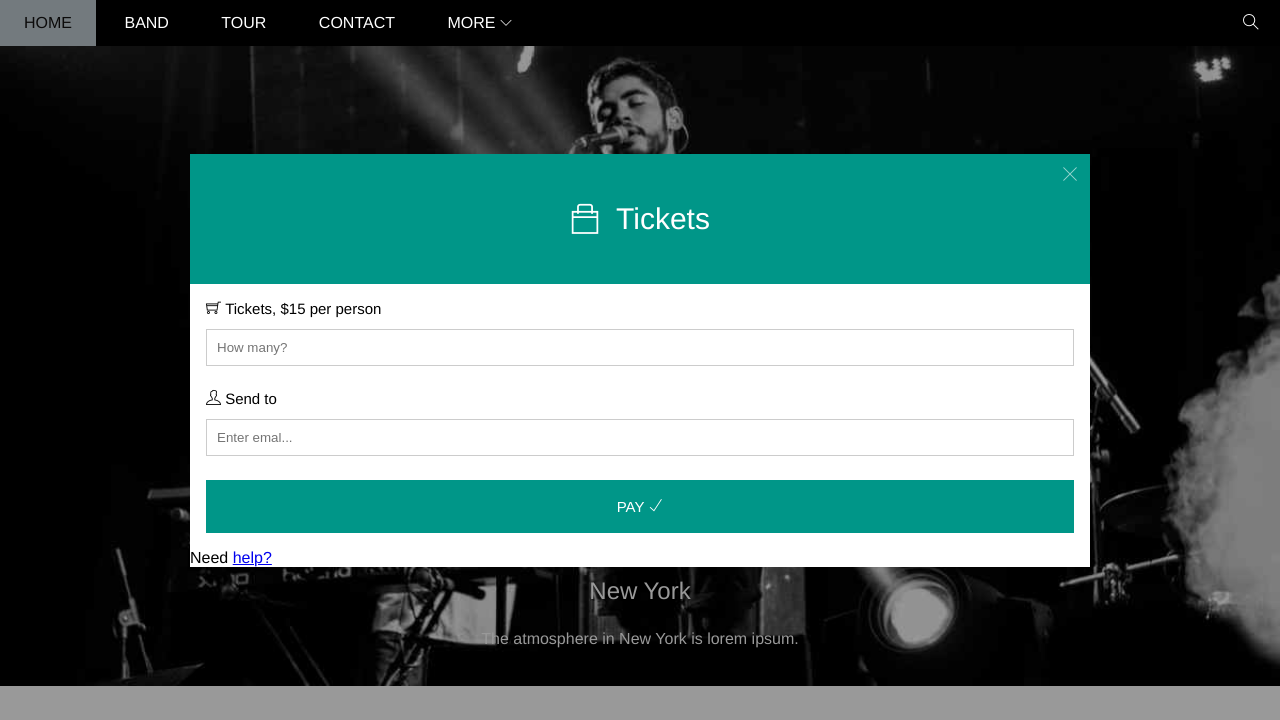
Repository: anhviet-key/hello-cac-ban
Page: HTMS_CSS ZERO 0/index.html
The author's editor kept a copy of each file at every save. The page is drawn from the files as they stood at one save, then again after a run of saves.
The browser window is 1280 px wide. The pictures show the window.
The pointer rests on the first visible `#buy-tickets`.
A layer covers the whole window, so only the first screen is drawn.

Above is the page before, as saved 2021-10-07 22:36:14.

### HTMS_CSS ZERO 0/index.html
<!DOCTYPE html>
<html lang="en">

<head>
    <meta charset="UTF-8">
    <meta http-equiv="X-UA-Compatible" content="IE=edge">
    <meta name="viewport" content="width=device-width, initial-scale=1.0">
    <title>Document</title>
    <link rel="stylesheet" href="./assets/css/style.css">
    <link rel="stylesheet" href="./assets/icon/themify-icons/themify-icons.css">
</head>

<body>
    <!--TODO: Let`s go-->
    <div id="main">
        <div id="header">
            <ul id="nav">
                <li>
                    <a href="#">Home</a>
                </li>
                <li>
                    <a href="#">Band</a>
                </li>
                <li>
                    <a href="#">Tour</a>
                </li>
                <li>
                    <a href="#">Contact</a>
                </li>
                <li>
                    <a href="#">
                        More
                        <i class="nav-down ti-angle-down"></i>
                    </a>
                    <ul class="subnav">
                        <li>
                            <a href="">Merchandise</a>
                        </li>
                        <li>
                            <a href="">Extras</a>
                        </li>
                        <li>
                            <a href="">Media</a>
                        </li>
                    </ul>
                </li>
            </ul>
            <div class="search-btn">
                <i class="search-icon ti-search"></i>
            </div>
        </div>
        <div id="slider">
            <div class="text-content">
                <h2 class="text-heading">New York</h2>
                <p class="text-decoration">The atmosphere in New York is lorem ipsum.</p>
            </div>
        </div>
        <div id="content">
            <!-- The band -->
            <div class="content-section">
                <h2 class="section-heading">THE BAND</h2>
                <p class="sub-heading">We love music</p>
                <p class="about-text">We have created a fictional band website. Lorem ipsum dolor sit amet, consectetur adipiscing elit, sed do eiusmod tempor incididunt ut labore et dolore magna aliqua. Ut enim ad minim veniam, quis nostrud exercitation ullamco laboris nisi
                    ut aliquip ex ea commodo consequat. Duis aute irure dolor in reprehenderit in voluptate velit esse cillum dolore eu fugiat nulla pariatur. Excepteur sint occaecat cupidatat non proident, sunt in culpa qui officia deserunt mollit anim
                    id est laborum consectetur adipiscing elit, sed do eiusmod tempor incididunt ut labore et dolore magna aliqua. Ut enim ad minim veniam, quis nostrud exercitation ullamco laboris nisi ut aliquip ex ea commodo consequat.</p>
                <div class="member-list">
                    <div class="member-item">
                        <p class="member-name">Name</p>
                        <img src="./assets/img/bandmember.jpg" alt="error" class="member-img">
                    </div>
                    <div class="member-item">
                        <p class="member-name">Name</p>
                        <img src="./assets/img/bandmember.jpg" alt="error" class="member-img">
                    </div>
                    <div class="member-item">
                        <p class="member-name">Name</p>
                        <img src="./assets/img/bandmember.jpg" alt="error" class="member-img">
                    </div>
                    <div class="clear"></div>
                </div>
            </div>
            <!-- Tour -->
            <div class="tour-section">
                <div class="content-section">
                    <h2 class="section-heading">TOUR DATES</h2>
                    <p class="sub-heading">Remember to book your tickets!</p>
                    <!-- Tickit  -->
                    <ul class="ticket-list">
                        <li>September <span class="Sold-out">Sold out</span></li>
                        <li>October <span class="Sold-out">Sold out</span></li>
                        <li>November <span class="quantity">3</span></li>
                    </ul>
                    <!-- Places   -->
                    <div class="place-list">
                        <div class="place-item">
                            <img src="./assets/img/Places/newyork.jpg" alt="newyork" class="place-img">
                            <div class="place-content">
                                <h3 class="place-heading">New York</h3>
                                <p class="place-time">Fri 27 Nov 2016</p>
                                <p class="place-desc">Praesent tincidunt sed tellus ut rutrum sed vitae justo.</p>
                                <a href="#" class="place-buy-btn">Buy Tickets</a>
                            </div>
                        </div>
                        <div class="place-item">
                            <img src="./assets/img/Places/paris.jpg" alt="paris" class="place-img">
                            <div class="place-content">
                                <h3 class="place-heading">Paris</h3>
                                <p class="place-time">Sat 28 Nov 2016</p>
                                <p class="place-desc">Praesent tincidunt sed tellus ut rutrum sed vitae justo.</p>
                                <a href="#" class="place-buy-btn">Buy Tickets</a>
                            </div>
                        </div>
                        <div class="place-item">
                            <img src="./assets/img/Places/sanfran.jpg" alt="sanfran" class="place-img">
                            <div class="place-content">
                                <h3 class="place-heading">San Francisco</h3>
                                <p class="place-time">Sun 29 Nov 2016</p>
                                <p class="place-desc">Praesent tincidunt sed tellus ut rutrum sed vitae justo.</p>
                                <a href="#" class="place-buy-btn">Buy Tickets</a>
                            </div>
                        </div>
                        <div class="clear"></div>
                    </div>

                </div>
            </div>
            <!-- Contact -->
            <div class="content-section">
                <h2 class="section-heading">CONTACT</h2>
                <p class="sub-heading">Fan? Drop a note!</p>
            </div>
        </div>
        <div id="footer">
            <div>

            </div>
        </div>

    </div>
    <div class="model">
        <div class="model-container">
            <div class="model-close">
                <i class="ti-close"></i>
            </div>
            <header class="model-header">
                <i class="ti-bag"></i> Tickets
            </header>
            <div class="model-body">
                <label for="tiket-number" class="model-label">
                    <i class="ti-shopping-cart"></i>
                    Tickets, $15 per person
                </label>
                <input id="tiket-number" class="model-input" placeholder="How many?"></input>

                <label for="tiket-email" class="model-label">
                    <i class="ti-user"></i>
                    Send to
                </label>
                <input id="tiket-email" class="model-input" placeholder="Enter emal..."></input>
                <button id="buy-tickets">
                    Pay
                    <i class="ti-check"></i>
                </button>
            </div>
            <footer class="model-footer">
                <p class="model-help">Need
                    <a href="#">help?</a>
                </p>
            </footer>
        </div>
    </div>
</body>

</html>

### HTMS_CSS ZERO 0/assets/css/style.css
* {
    margin: 0;
    padding: 0;
    box-sizing: border-box;
}

html {
    font-family: helvetica, arial, sans-serif;
}

.clear {
    clear: both;
}

#main {}

#header {
    height: 46px;
    background-color: black;
    position: sticky;
    top: 0;
    left: 0;
    right: 0;
    z-index: 1;
    /* fixed, width: 100%; */
}

#nav {
    display: inline-block;
}

#nav,
.subnav {
    list-style-type: none;
}

#nav>li {
    display: inline-block;
    position: relative;
}

#nav>li>a {
    color: #fff;
    text-transform: uppercase;
}

#nav li a {
    /* color: #fff; */
    text-decoration: none;
    line-height: 46px;
    padding: 0px 24px;
    display: block;
}

#nav>li:hover>a,
#nav .subnav li:hover a {
    color: rgb(12, 11, 11);
    background-color: rgb(115, 122, 126);
}

#nav .subnav {
    display: none;
    position: absolute;
    background-color: #fff;
    box-shadow: 0 0 10px rgba(0, 0, 0, 0.3);
    min-width: 160px;
}

#nav .subnav a {
    color: black;
    padding: 0px 12px;
    line-height: 38px;
}

#header .search-icon {
    color: #fff;
    /* font-size: 25px; */
}

#header .search-btn {
    line-height: 47px;
    float: right;
    padding: 0px 21px;
    cursor: pointer;
}

.search-btn:hover {
    background-color: #f44336;
}

#nav li:hover .subnav {
    display: block;
}

#nav .nav-down {
    font-size: 12px;
}

#slider {
    position: relative;
    padding-top: 50%;
    background: url('/assets/img/slider/chicago.jpg') top center /cover no-repeat;
}

#slider .text-content {
    position: absolute;
    bottom: 38px;
    color: #fff;
    width: 100%;
    text-align: center;
}

#slider .text-heading {
    font-weight: 400;
    font-size: 24px;
}

#slider .text-decoration {
    margin-top: 25px;
}

#content {
    height: 1000px;
    background-color: white;
}

#content .content-section {
    width: 800px;
    margin-left: auto;
    margin-right: auto;
    padding: 64px 0px;
}

#content .section-heading {
    font-weight: 500;
    font-size: 30px;
    text-align: center;
    letter-spacing: 5px;
}

#content .sub-heading {
    font-size: 15px;
    text-align: center;
    margin-top: 25px;
    font-style: italic;
    opacity: 0.6;
}

#content .about-text {
    margin-top: 25px;
    text-align: justify;
    line-height: 1.4;
}

#content .member-list {
    padding: 48px 0px;
}

#content .member-item {
    float: left;
    width: calc(100%/3);
    text-align: center;
}

#content .member-name {
    font-size: 15px;
}

#content .member-img {
    margin-top: 15px;
    width: 154px;
    border-radius: 4px;
}

.tour-section {
    background-color: black;
    color: white;
}

.ticket-list {
    background-color: white;
    color: gray;
    list-style-type: none;
    margin-top: 40px;
}

.ticket-list li {
    font-size: 15px;
    padding: 11px 16px;
    border-bottom: 1px solid #ddd;
}

.ticket-list .Sold-out {
    background-color: #f44336;
    color: white;
    padding: 3px 4px;
    margin-left: 16px;
}

.ticket-list .quantity {
    float: right;
    background-color: black;
    width: 24px;
    height: 24px;
    border-radius: 50%;
    color: white;
    text-align: center;
    line-height: 24px;
    margin-top: -2px;
}

.place-list {
    margin: 32px -8px 48px;
}

.place-item {
    /* padding: 0px 16px; */
    float: left;
    width: calc(100%/3);
    padding: 0px 8px;
}

.place-img:hover {
    opacity: 0.6;
}

.place-img {
    width: 100%;
    display: block;
}

.place-content {
    background-color: white;
    color: black;
    padding: 16px 16px 0px 16px;
    font-size: 15px;
}

.place-heading {
    font-weight: 500;
}

.place-time {
    margin: 15px 0px;
    color: #757575;
}

.place-desc {
    margin: 15px 0px;
    line-height: 1.4;
}

.place-buy-btn {
    padding: 10px 15px;
    background-color: rgb(0, 0, 0);
    text-decoration: none;
    color: #fff;
    display: inline-block;
    margin-bottom: 16px;
}

.place-buy-btn:hover {
    background-color: #ccc;
    color: black;
}

.model {
    position: fixed;
    left: 0;
    right: 0;
    top: 0;
    bottom: 0;
    background-color: rgba(0, 0, 0, 0.4);
    display: flex;
    align-items: center;
    justify-content: center;
}

.model-container {
    background-color: #fff;
    width: 900px;
    min-height: 200px;
    position: relative;
}

.ti-bag {
    margin-right: 16px;
}

.model-header {
    font-size: 30px;
    background-color: #009688;
    height: 130px;
    display: flex;
    align-items: center;
    justify-content: center;
    color: #fff;
}

.model-close {
    position: absolute;
    right: 0;
    top: 0;
    color: #fff;
    padding: 12px;
    cursor: pointer;
    opacity: 0.6;
}

.model-close:hover {
    opacity: 1;
}

.model-body {
    padding: 16px;
}

.model-label {
    font-size: 15px;
    display: block;
    margin-bottom: 12px;
}

.model-input {
    border: 1px solid #ccc;
    width: 100%;
    padding: 10px;
    margin-bottom: 24px;
}

#buy-tickets {
    background-color: #009688;
    border: none;
    width: 100%;
    font-size: 15px;
    text-transform: uppercase;
    padding: 18px;
    color: #fff;
}

#buy-tickets:hover {
    background-color: #
}

# #footer

Loaded but not shown: HTMS_CSS ZERO 0/assets/icon/themify-icons/themify-icons.css (common file)

After the next 3 saves:
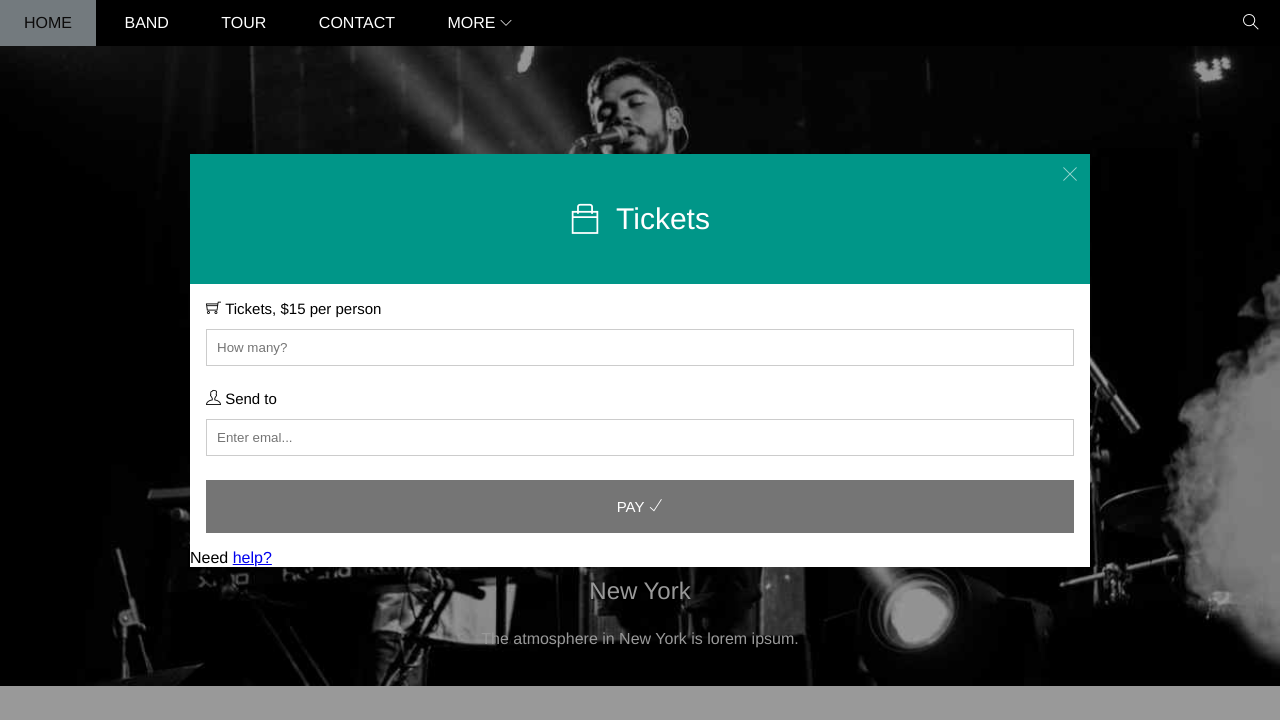
The 3 saves are shown as one change because they came seconds apart.
The last was saved 8 s later.
--- a/HTMS_CSS ZERO 0/assets/css/style.css
+++ b/HTMS_CSS ZERO 0/assets/css/style.css
@@ -339,7 +339,7 @@
 }
 
 #buy-tickets:hover {
-    background-color: #
+    background-color: #757575;
 }
 
 # #footer
